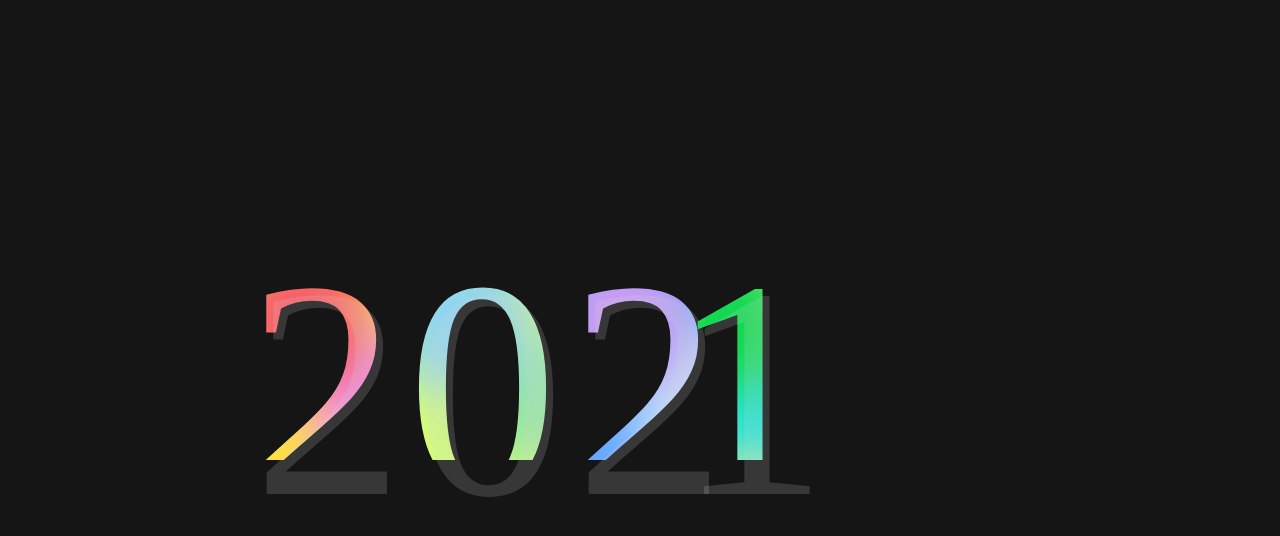
Repository: ramtoppo12/Happy-new-year-2021
Page: index.html
The author's editor kept a copy of each file at every save. The page is drawn from the files as they stood at one save, then again after a run of saves.
The browser window is 1280 px wide. The pictures show the whole page.
Some web fonts or font styles are not loaded; a fallback is used.

Above is the page before, as saved 2020-12-24 23:31:17.

After the next 2 saves:
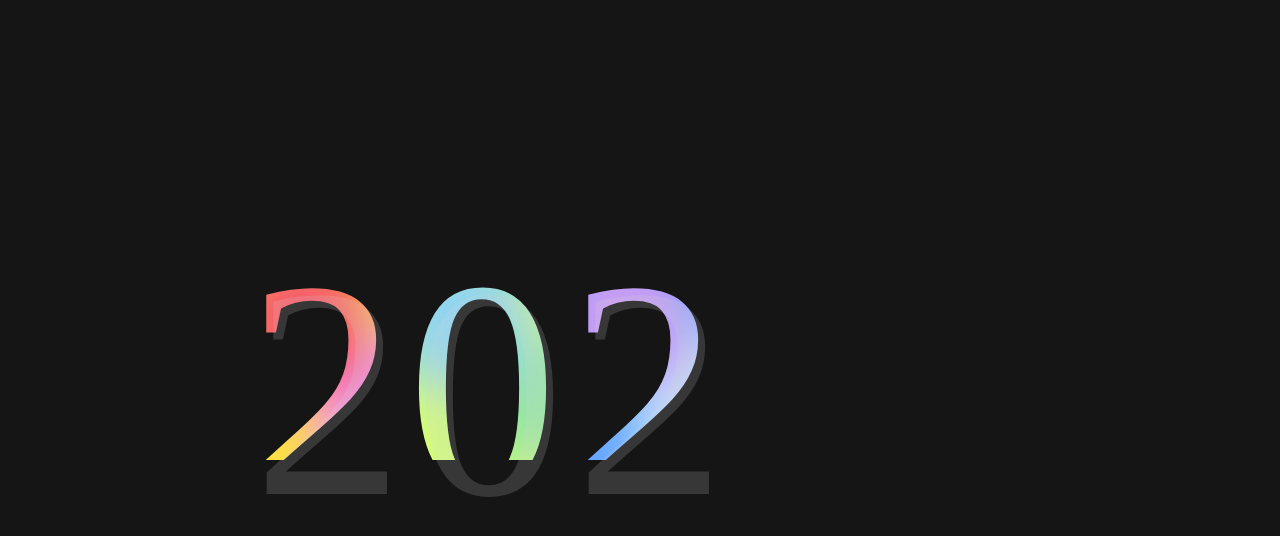
The 2 saves are shown as one change because they came seconds apart.
The last was saved 29 s later.
--- a/style.css
+++ b/style.css
@@ -43,6 +43,6 @@ body {
 }
 .text-5 {
   background-image: url("data:[embedded picture, 1300 characters]");
-  transform: translateX(-140%);
+  transform: translateX(-1000%);
   transition: transform 2s ease;
 }
